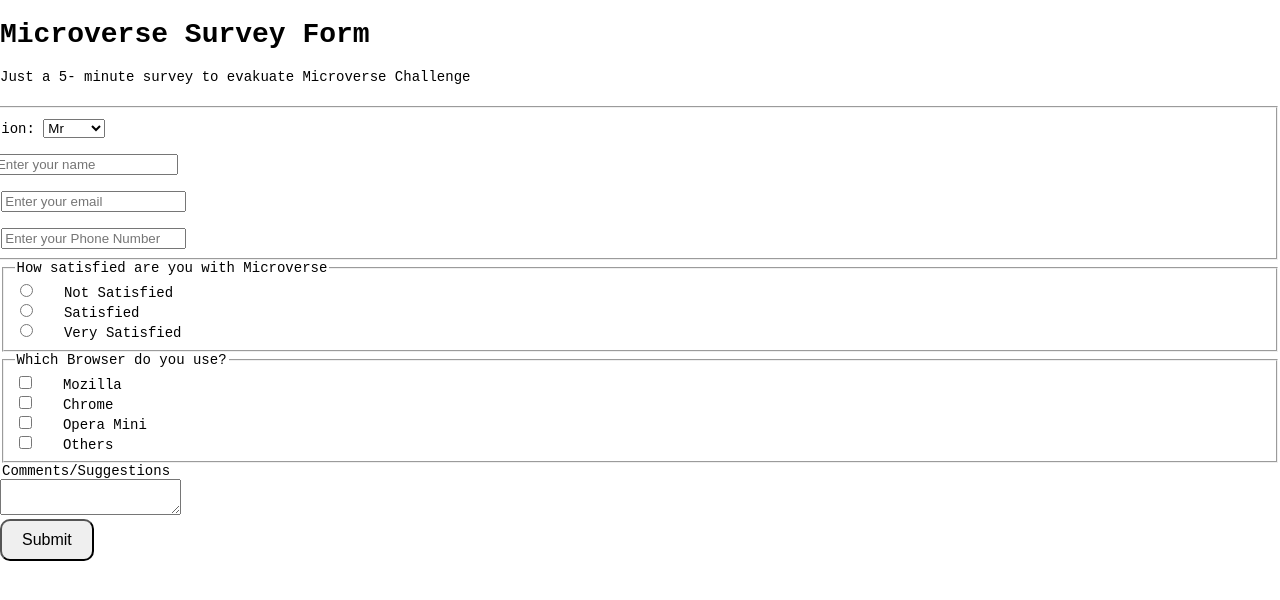
Repository: ahmedmeshref/Microverse-project
Page: index.html
The author's editor kept a copy of each file at every save. The page is drawn from the files as they stood at one save, then again after the next save.
The browser window is 1280 px wide. The pictures show the whole page.

Above is the page before, as saved 2019-03-29 16:08:34.

### index.html
<!DOCTYPE html>

<html lang="en">
<head>
 <meta charset="utf-8">
 <meta http-equiv="X-UA-Compatible" content="IE=edge">
 <link rel="stylesheet" href="./css/style.css" >
<title>Survey Form</title>
</head>
<body>
<h1 id="title">Microverse Survey Form</h1>
<p id="description">Just a 5- minute survey to evakuate Microverse Challenge</p>
<form action="submit" id="survey-form">
<fieldset id="intro">
    <legend>Biodata</legend>
    <label for="salutation" >Salutation: </label>
    <select id="dropdown">
        <option> Mr</option>
        <option> Mrs</option>
        <option> Miss</option>
        <option>Others</option>
    </select></br><br/>

    <label id="name-label" name="name" for="name">Name: </label>
    <input type="text" class"bio"   id="name-label" name="name" placeholder="Enter your name" required><br/><br/>

    <label id="email-label" for="email">Email: </label>
    <input type="email" class"bio" id="email-label" placeholder="Enter your email" required><br/><br/>

    <label id="phone-label"  for="phone-number">Phone: </label>
    <input type="tel" class"bio"  id="phone-label" placeholder="Enter your Phone Number" required min="6" max="20">
</fieldset>

<fieldset>
    <legend>How satisfied are you with Microverse</legend>
    <input type="radio"  name ="sat" value="Not Satisfied">
    <label for="ns">Not Satisfied</label><br/>

    <input type="radio" name ="sat" value="Satisfied">
    <label>Satisfied</label><br/>

    <input type="radio" name ="sat" value="Very Satisfied">
    <label>Very Satisfied</label><br/>
</fieldset>

<fieldset>
    <legend>Which Browser do you use?</legend>
    <input type="checkbox">
    <label>Mozilla</label><br/>

    <input type="checkbox">
    <label>Chrome</label><br/>

    <input type="checkbox">
    <label>Opera Mini</label><br/>

    <input type="checkbox">
    <label>Others</label>
</fieldset>
</fieldset>
    <legend id="cands">Comments/Suggestions</legend>
    <textarea name="message" width="15" height="10"></textarea>
</fieldset>
<div id="sub">
    <input type="submit" value="Submit" id="submit" >
</div><br/>
</form>
</body>
</html>

### css/style.css
body {
    margin: 0px;
    /*text-align: center;*/
    font-family: 'Courier New', Courier, monospace;
    font-size: 14px;
}

placeholder {
    padding: 50px;
    margin: 5px;
}

.bio {}

#intro {
    margin-left: -90px;
}

label {
    margin-left: 20px;
}

.dropdown {
    margin-right: 20px;
}

input[type="submit"] {
    padding: 10px 20px;
    border-radius: 10px;
    font-size: 16px;
}

After the next save:
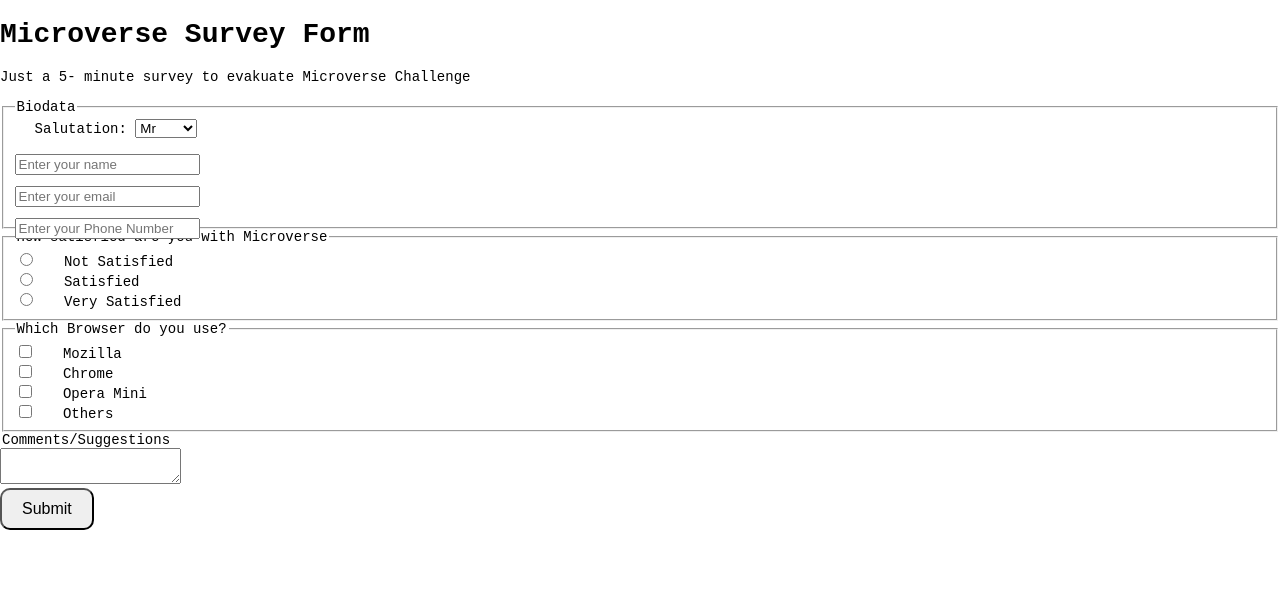
Saved 5 min 37 s later.
--- a/css/style.css
+++ b/css/style.css
@@ -10,10 +10,10 @@
     margin: 5px;
 }
 
-.bio {}
-
-#intro {
-    margin-left: -90px;
+#name-label,
+#email-label,
+#phone-label {
+    position: absolute;
 }
 
 label {
